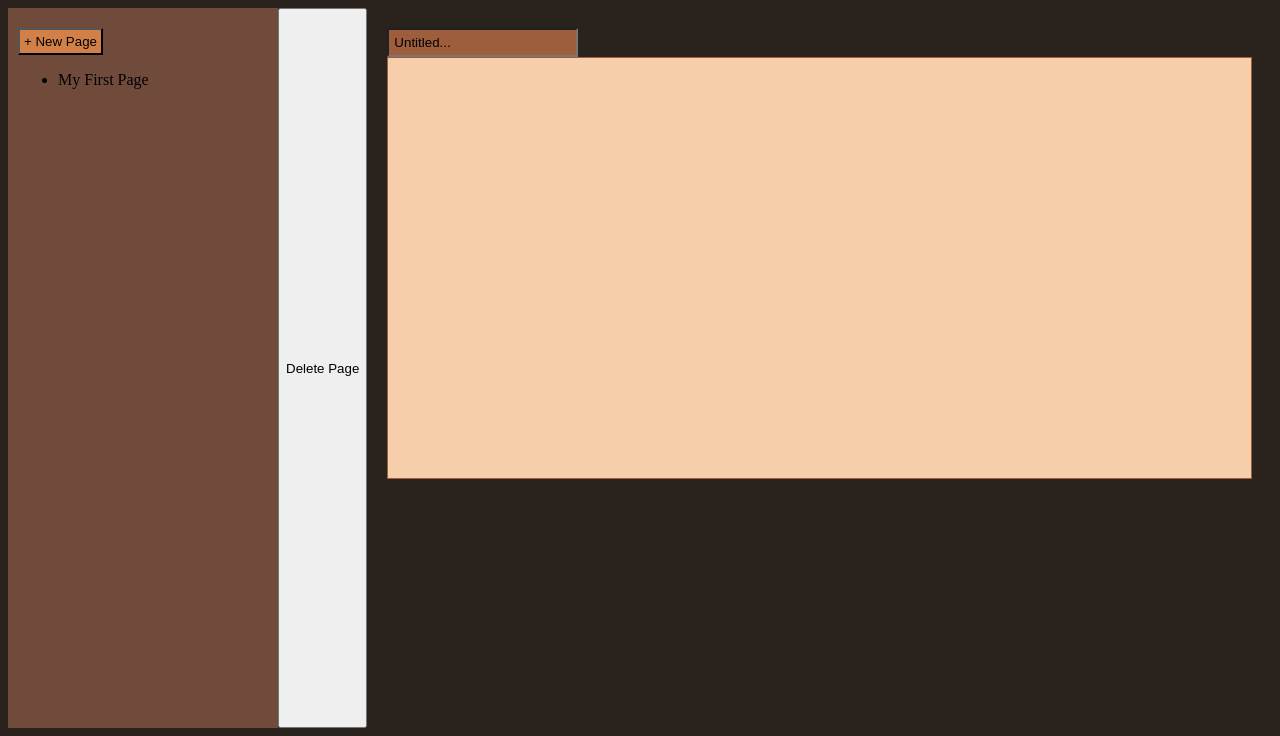
Repository: Dharshinimk-521/notes-app
Page: index.html
The author's editor kept a copy of each file at every save. The page is drawn from the files as they stood at one save, then again after the next save.
The browser window is 1280 px wide. The pictures show the whole page.

Above is the page before, as saved 2026-04-18 20:36:04.

### index.html
<!DOCTYPE html>
<html lang="en">
    <head>
        <meta charset="UTF-8">
        <meta name="viewport" content="width=device-width, initial-scale=1.0">
        <title>Notes App</title>
        <link rel="stylesheet" href="style.css">
        <script src="app.js" defer></script>
    </head>
    <body>
    <div class="app">

        <aside class="sidebar">
        <button id="newPageBtn">+ New Page</button>
        <ul id="pageList"></ul>
        </aside>
        <button id="deletePageBtn"> Delete Page</button>
        <main class="editor">
        <input id="pageTitle" placeholder="Untitled..." />
        <div id="editorArea" contenteditable="true"></div>
        </main>

    </div>


    </body>
</html>

### style.css
body{
    background-color: #29221D;
}
.app {
  margin: 0;
  display: flex;
  height: 100vh;

}

.sidebar {
  width: 250px;
  background: #704B3C;
  padding: 10px;
}

.editor {
  flex: 1;
  padding: 20px;
}

#editorArea {
  min-height: 400px;
  background-color: #F6CEA9;
  border: 1px solid #9E5E3D;
  padding: 10px;
}
#newPageBtn{
 background-color: #D28048;
 padding: 4px;
 margin-top: 10px;
}
#pageTitle{
    padding:5px;
    background-color: #9E5E3D;
    color: black;
}
::placeholder{
    color:black;
    opacity: 1
}

### app.js
// Load pages from localStorage OR use default
let pages = JSON.parse(localStorage.getItem("pages")) || [
  {
    id: "123",
    title: "My First Page",
    content: "<p>Hello world</p>"
  }
];

let currentPageId = null;

// Save all pages
function savePages() {
  localStorage.setItem("pages", JSON.stringify(pages));
}

// Create new page
function createPage() {
  const newPage = {
    id: Date.now().toString(),
    title: "Untitled",
    content: ""
  };

  pages.push(newPage);
  savePages();
  renderPages();
  openPage(newPage.id);
}

// Render sidebar
function renderPages() {
  const pageList = document.getElementById("pageList");
  pageList.innerHTML = "";

  pages.forEach((page) => {
    const li = document.createElement("li");
    li.textContent = page.title;

    if (page.id === currentPageId) {
      li.style.background = "#ddd";
    }

    li.onclick = () => openPage(page.id);

    pageList.appendChild(li);
  });
}

// Open page
function openPage(id) {
    console.log("Opening page:", id);
  const page = pages.find(p => p.id === id);
  currentPageId = id;

  if (!page) return;

  document.getElementById("pageTitle").value = page.title;
  document.getElementById("editorArea").innerHTML = page.content;
}

// Auto save current page
function saveCurrentPage() {
  const page = pages.find(p => p.id === currentPageId);
  if (!page) return;

  page.title = document.getElementById("pageTitle").value;
  page.content = document.getElementById("editorArea").innerHTML;

  savePages();
}
//del func
function deleteCurrentPage() {
  if (!currentPageId) return;

  const confirmDelete = confirm("Delete this page?");
  if (!confirmDelete) return;

  pages = pages.filter(p => p.id !== currentPageId);

  savePages();
  renderPages();

  if (pages.length > 0) {
    openPage(pages[0].id);
  } else {
    currentPageId = null;
    document.getElementById("pageTitle").value = "";
    document.getElementById("editorArea").innerHTML = "";
  }
}
// Event listeners
document.getElementById("newPageBtn").onclick = createPage;
document.getElementById("editorArea").addEventListener("input", saveCurrentPage);
document.getElementById("pageTitle").addEventListener("input", saveCurrentPage);

// Initial render
renderPages();

After the next save:
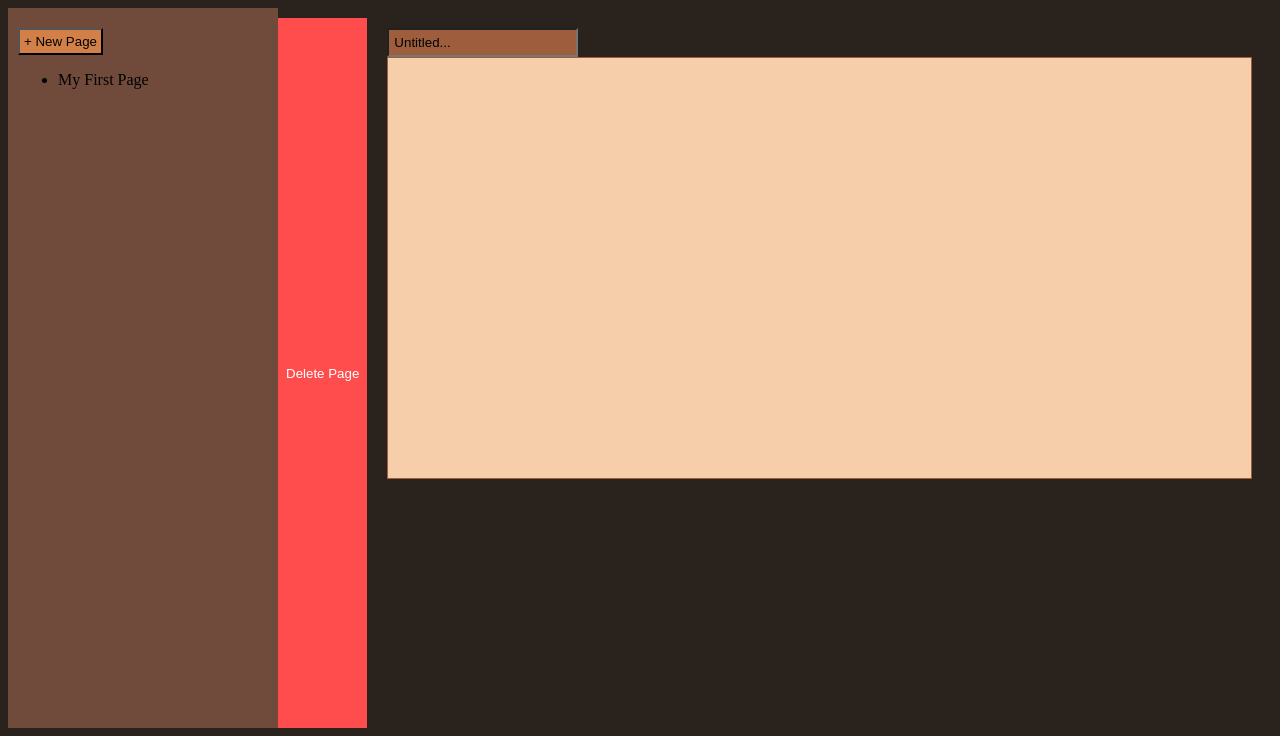
Saved 5 s later.
--- a/style.css
+++ b/style.css
@@ -39,3 +39,11 @@ body{
     color:black;
     opacity: 1
 }
+#deletePageBtn {
+  margin-top: 10px;
+  background: #ff4d4d;
+  color: white;
+  border: none;
+  padding: 8px;
+  cursor: pointer;
+}
